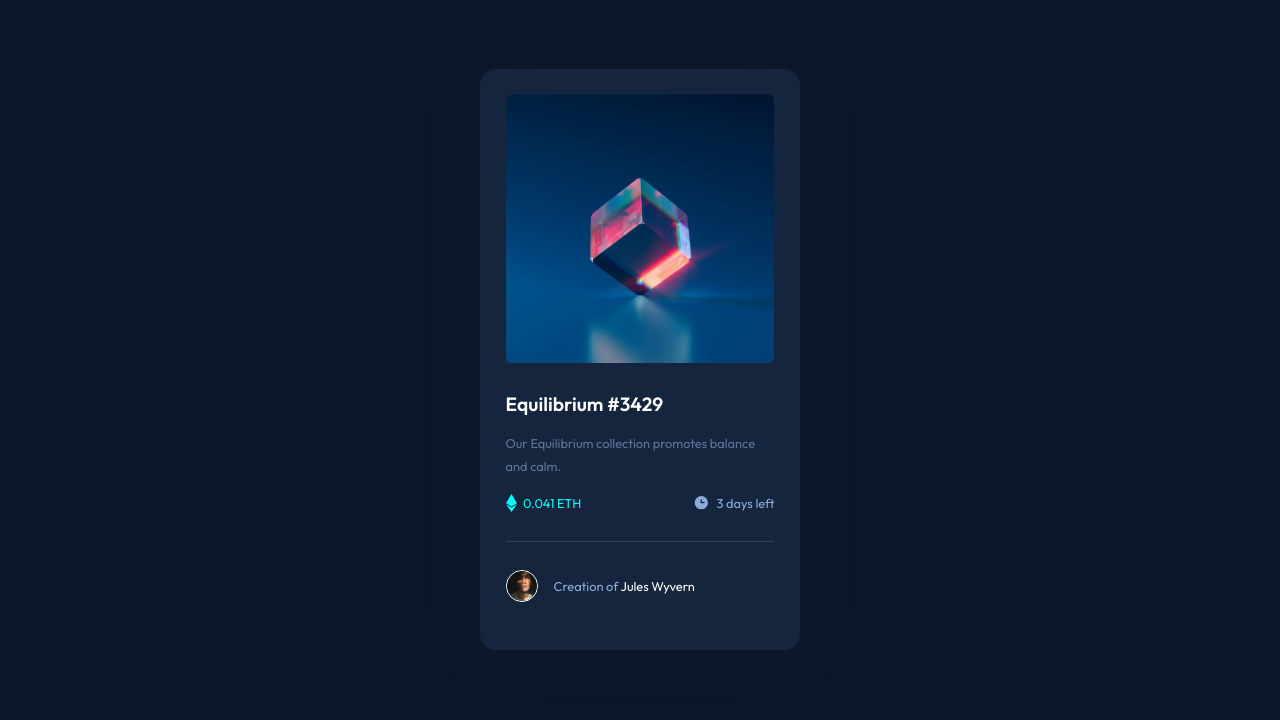
Repository: thaibaocoder1/nft-preview-card-component
Page: index.html
The author's editor kept a copy of each file at every save. The page is drawn from the files as they stood at one save, then again after a run of saves.
The browser window is 1280 px wide. The pictures show the whole page.

Above is the page before, as saved 2023-01-06 19:12:34.

After the next 4 saves:
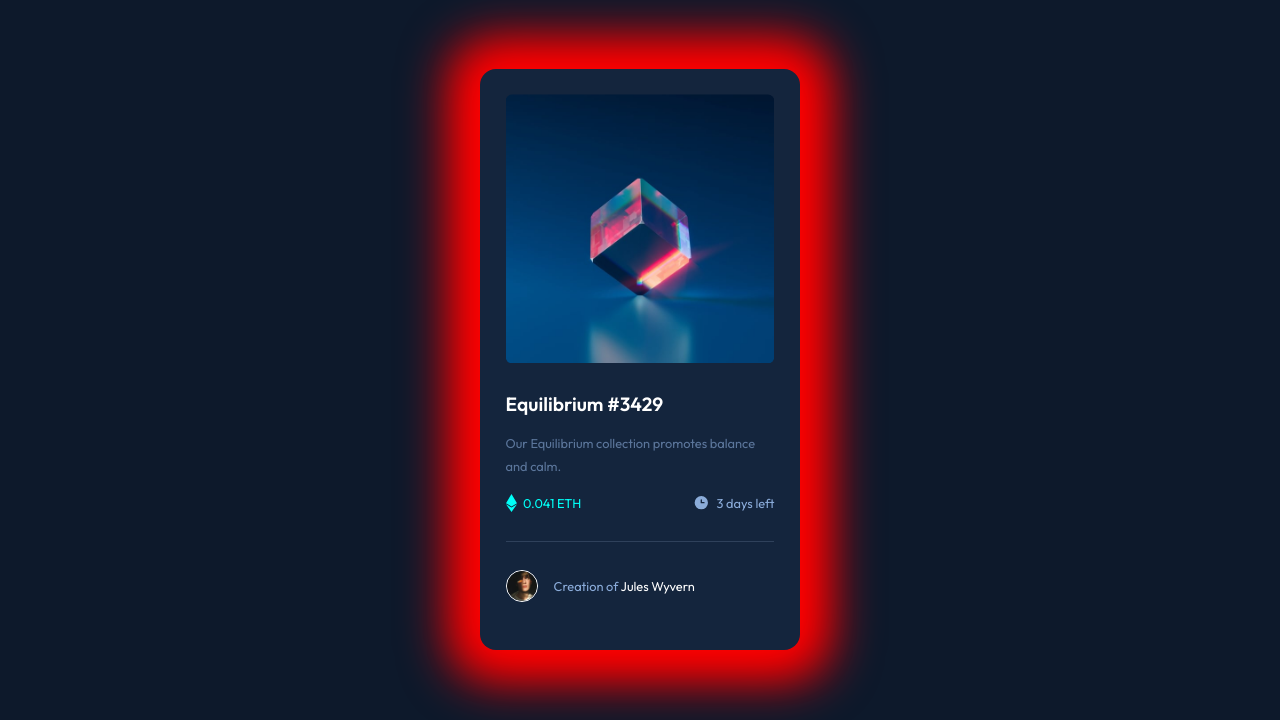
The 4 saves are shown as one change because they came seconds apart.
The last was saved 11 s later.
--- a/style.css
+++ b/style.css
@@ -28,8 +28,8 @@ body {
     background-color: var(--very-dark-blue-card);
     text-align: center;
     border-radius: 1rem;
-    box-shadow: 0 0 3rem 0 var(--very-dark-blue-main),
-    0 0 3rem 2rem var(--very-dark-blue-main);
+    box-shadow: 0 0 3rem 0 red,
+    0 0 3rem 2rem red;
 }
 .container .container-img {
     width: 20rem;
